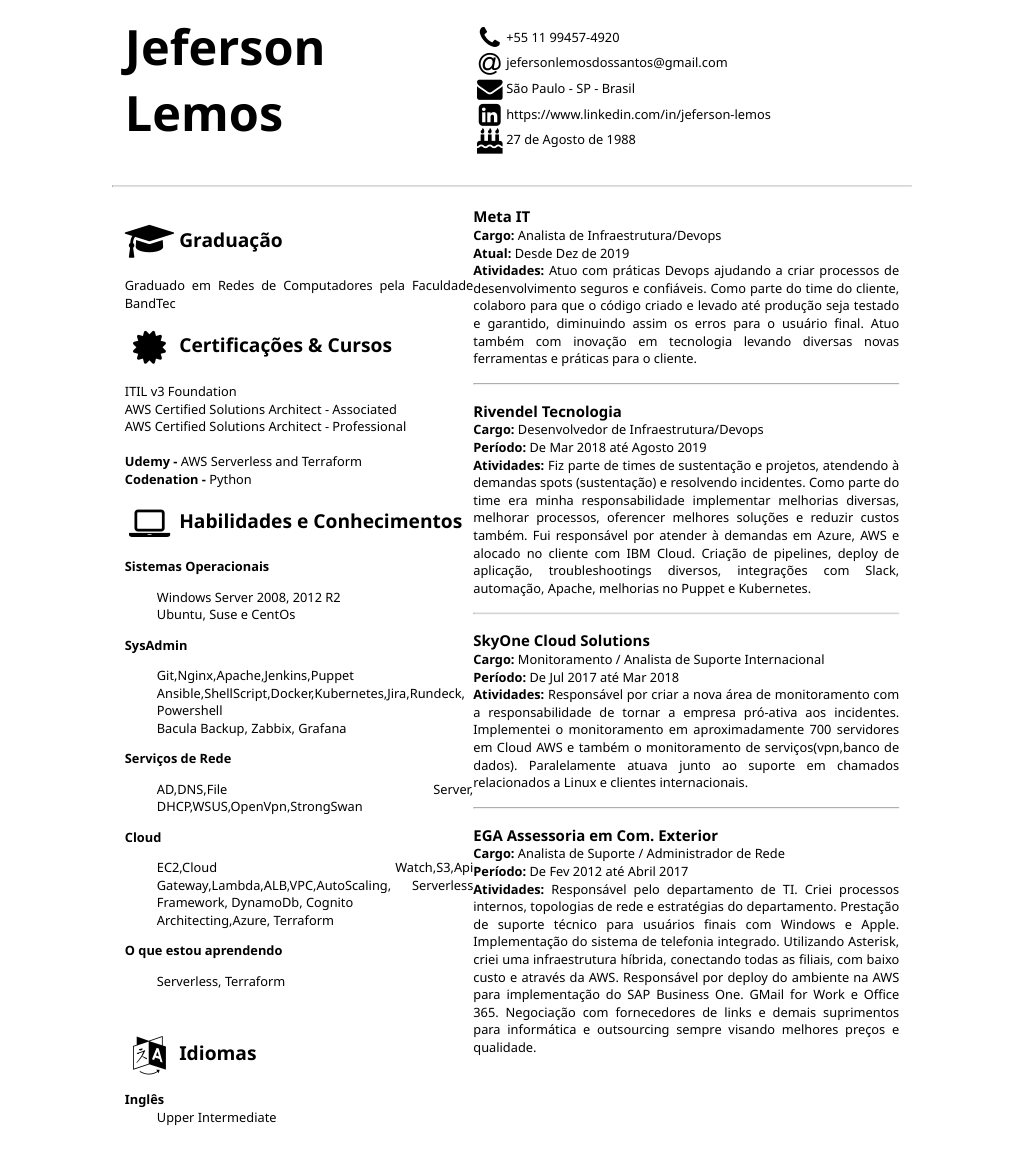
Repository: jefersonlemos/Resume-pt
Page: index.html
An editor plug-in stored every save of this project. The page is shown before and after the next save, followed by the edit.
The browser window is 1280 px wide. The pictures show the whole page, at 80% of full size.

Above is the page before, as saved 2020-06-15 12:11:39.

After the next save:
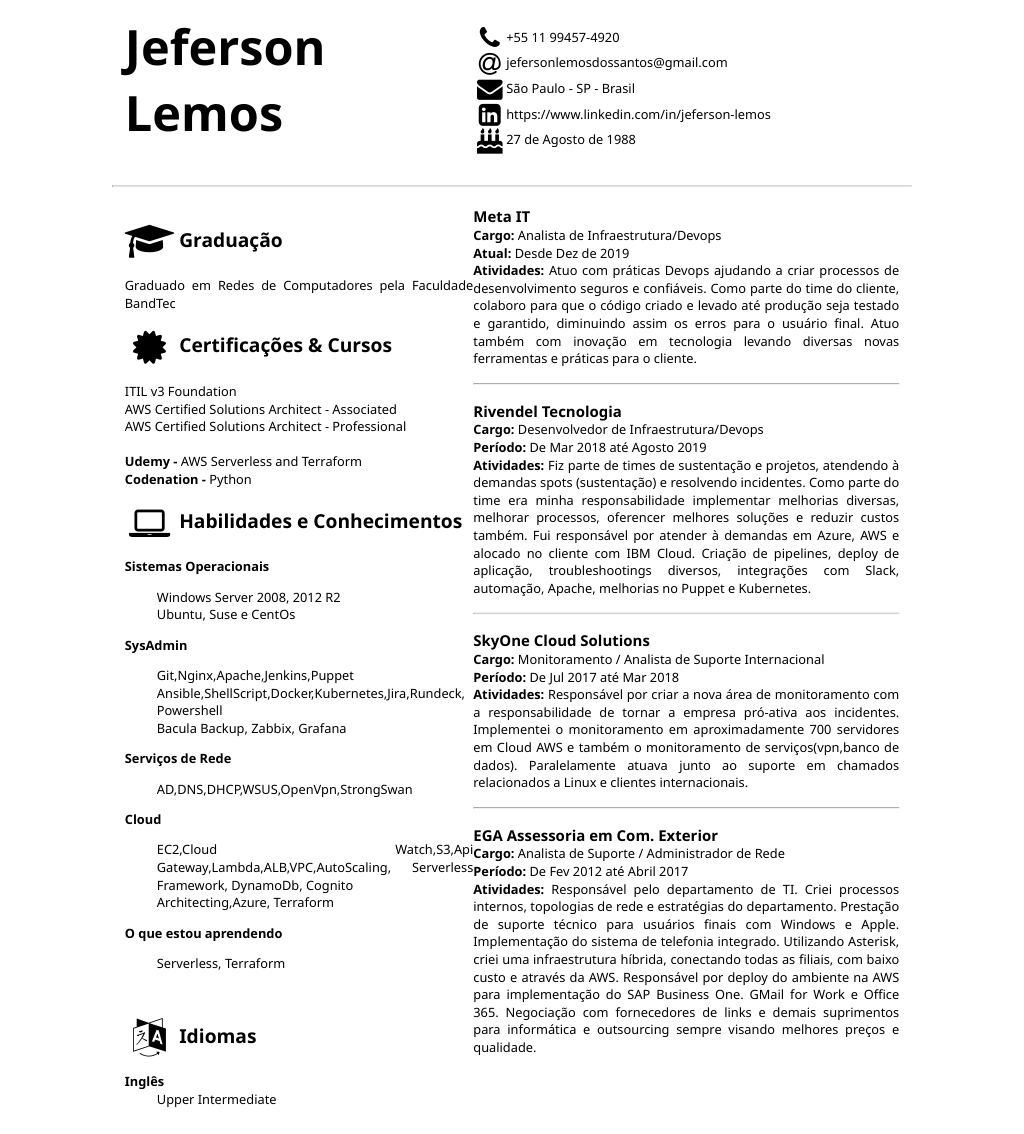
Saved 16 s later.
--- a/index.html
+++ b/index.html
@@ -76,7 +76,7 @@
                         <dt>Serviços de Rede</dt>
                         <dd>
                             <ul>
-                                <li>AD,DNS,File Server, DHCP,WSUS,OpenVpn,StrongSwan</li>
+                                <li>AD,DNS,DHCP,WSUS,OpenVpn,StrongSwan</li>
                             </ul>
                         </dd>
                         <dt>Cloud</dt>
